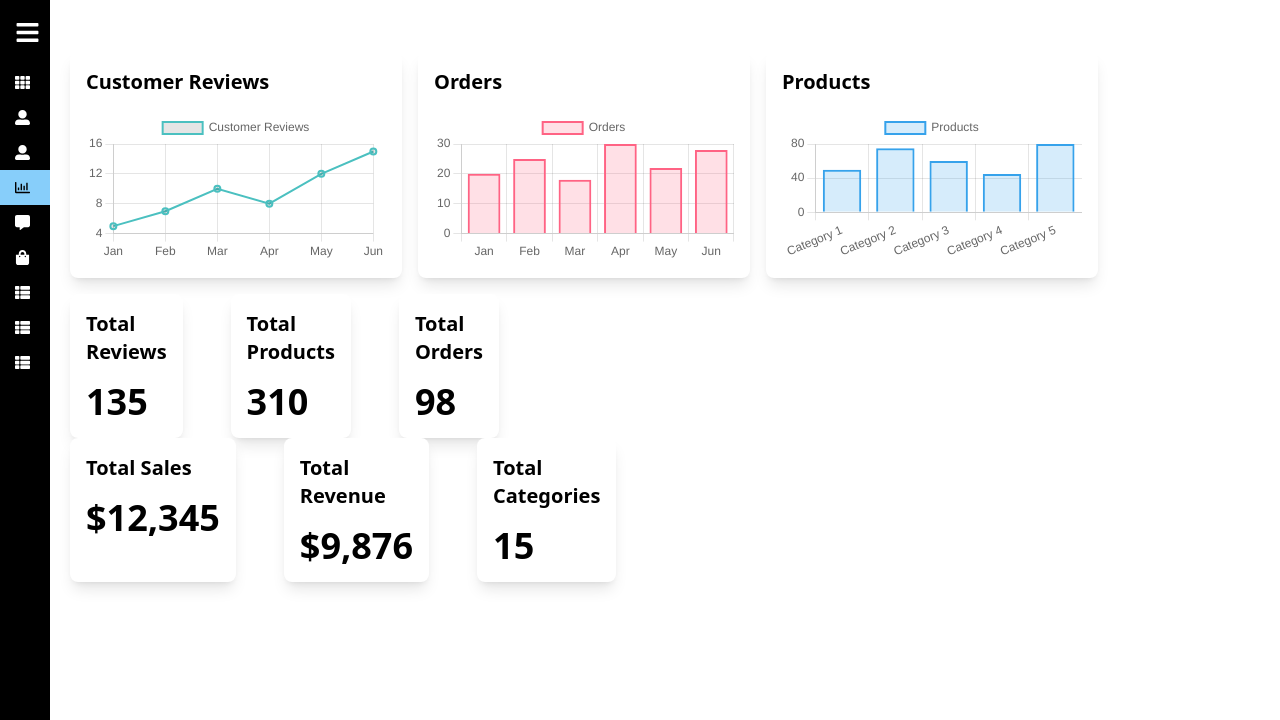
Repository: AndargWorku12/admin-dashboard
Page: /analytics
The author's editor kept a copy of each file at every save. The page is drawn from the files as they stood at one save, then again after the next save.
The browser window is 1280 px wide. The pictures show the whole page.
The project was rebuilt for these pictures with package versions that can differ from the ones it lists, and the page was loaded fresh each time. Also part of the build but not shown: src/pages/Dashboard.tsx, src/pages/Orders.tsx, src/pages/Category.tsx, src/pages/Login.tsx, src/pages/CustemerReview.tsx, src/pages/ProductList.tsx, src/pages/ShopCard.tsx, src/pages/SignUpForm.tsx and 1 more.

Above is the page before, as saved 2024-01-29 05:26:07.

After the next save:
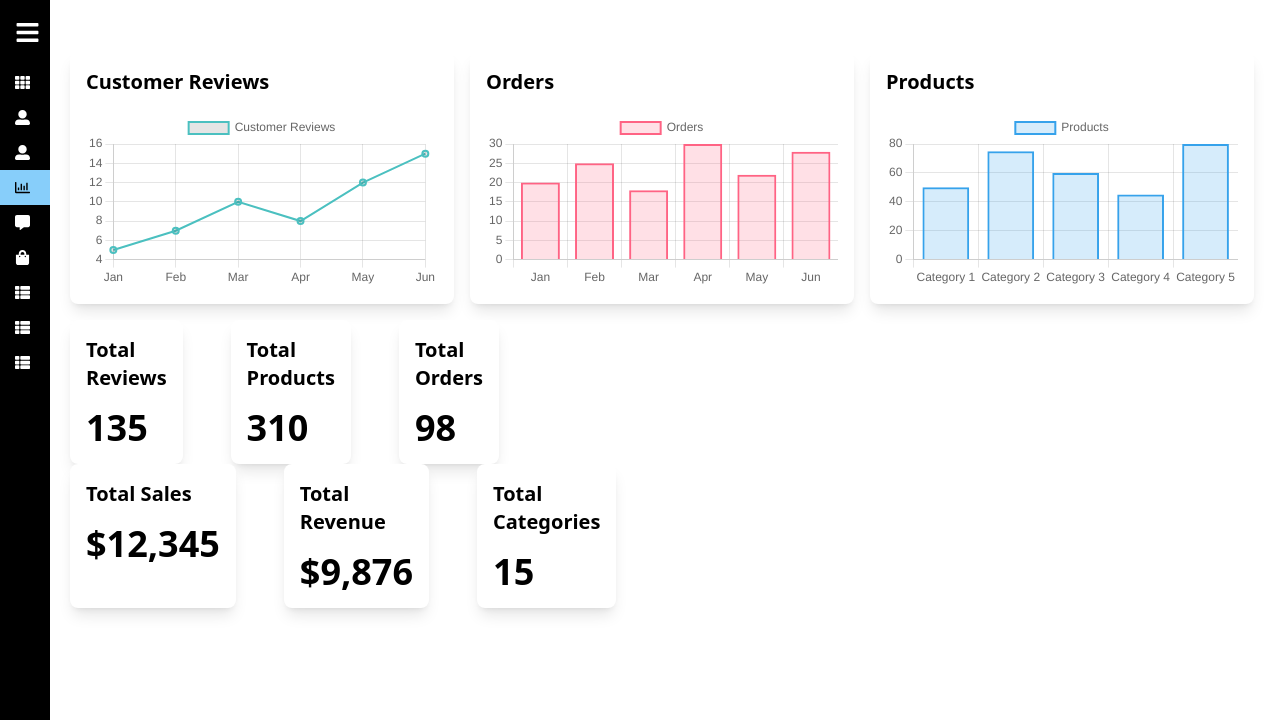
Saved 40 s later.
--- a/src/pages/Analytics.tsx
+++ b/src/pages/Analytics.tsx
@@ -70,7 +70,7 @@
         <div className='gap-8 block'>
 
 
-        <div className="col-span-3 md:col-span-2 lg:col-span-1 flex justify-between gap-8 w-48">
+        <div className="col-span-3 md:col-span-2 lg:col-span-1 flex justify-between gap-8 w-96">
           <div className="bg-white p-4 rounded-lg shadow-lg flex-1 mr-4">
             <h2 className="text-xl font-bold mb-4">Total Reviews</h2>
             <p className="text-4xl font-bold">135</p>

After the save that followed:
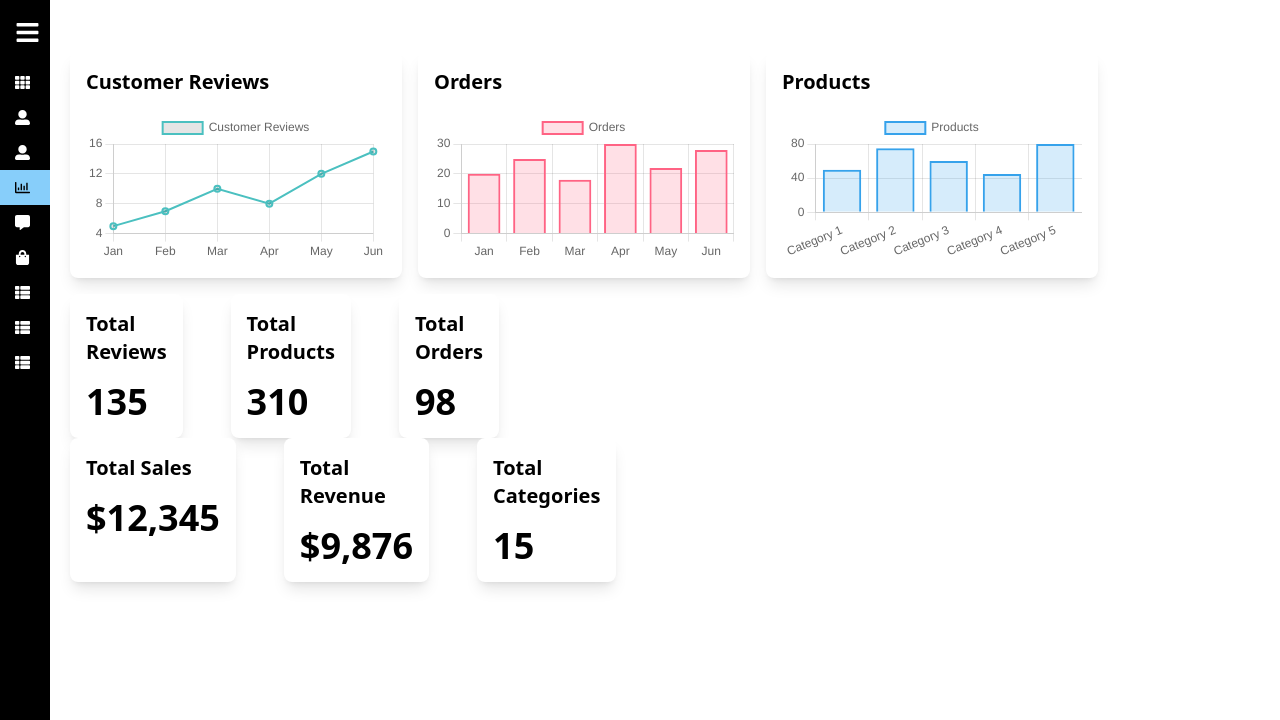
Saved 40 s later.
--- a/src/pages/Analytics.tsx
+++ b/src/pages/Analytics.tsx
@@ -67,10 +67,10 @@
         </div>
 
         {/* Total Metrics Cards */}
-        <div className='gap-8 block'>
+        <div className='gap-8'>
 
 
-        <div className="col-span-3 md:col-span-2 lg:col-span-1 flex justify-between gap-8 w-96">
+        <div className="col-span-3 md:col-span-2 lg:col-span-1 flex justify-between gap-8 w-48">
           <div className="bg-white p-4 rounded-lg shadow-lg flex-1 mr-4">
             <h2 className="text-xl font-bold mb-4">Total Reviews</h2>
             <p className="text-4xl font-bold">135</p>
